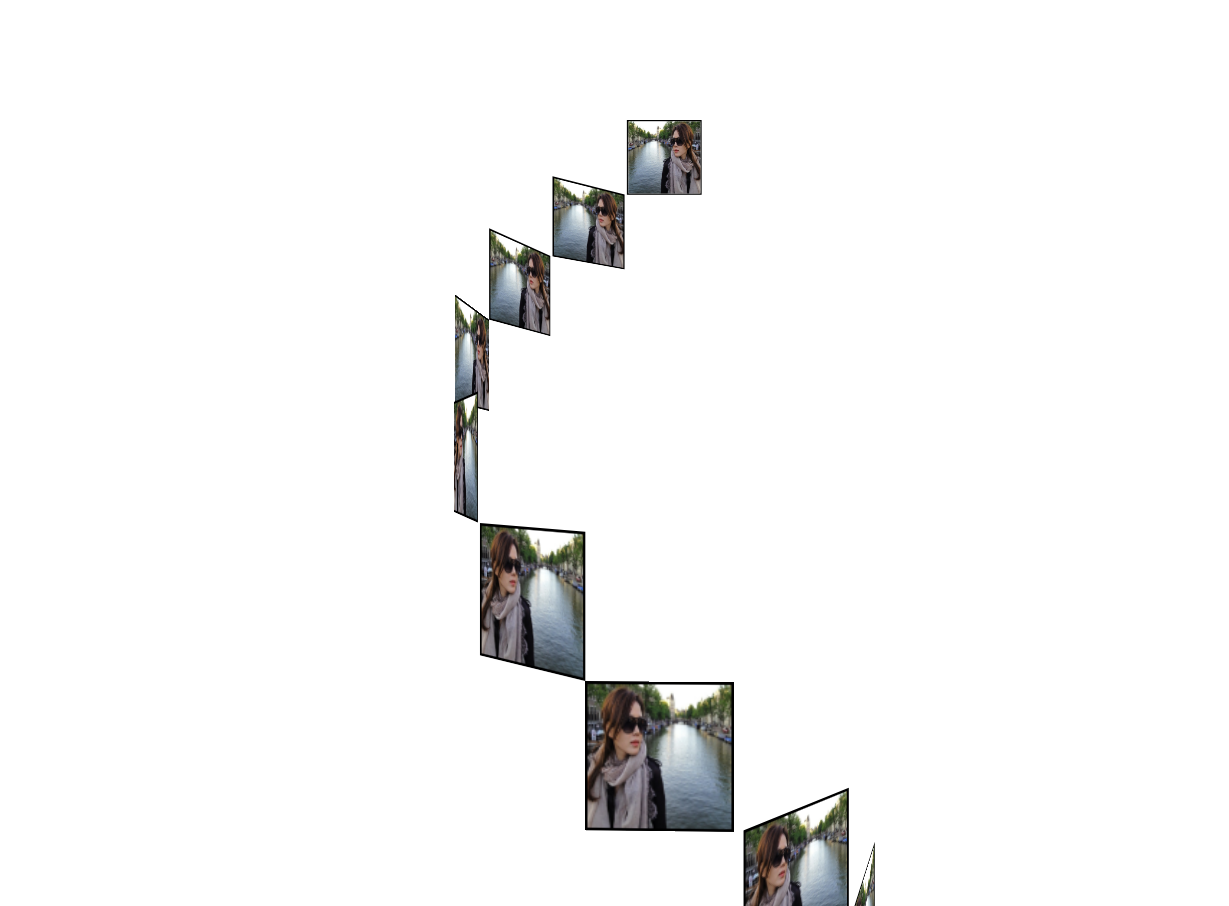
Repository: hojohe/bit-java
Page: 07_css/WebContent/14_transform/07_z.html
These files come from the project's save history. The page is drawn as it stood at one moment and after the next save; the edit follows.
The browser window is 1280 px wide. The pictures show the whole page, at 96% of full size.

Above is the page before, as saved 2017-01-25 02:34:24.

### 07_css/WebContent/14_transform/07_z.html
<!DOCTYPE html>
<html>
<head>
    <title>Untitled Page</title>
    <style>
    	html, body {
    		height:100%;
    	}

		img {
			width: 100px; height: 100px;
		}

		#wheel {
			position: absolute;
			left: 50%;
			perspective: 600px;
			transform-style: preserve-3d;
		}

		.item {
			width: 100px; height: 100px;
			border: 2px solid black;
			background: green;
		}

		.item:nth-child(1) { transform: rotateY( 0deg) translateZ(-200px); }
		.item:nth-child(2) { transform: rotateY( 30deg) translateZ(-200px); }
		.item:nth-child(3) { transform: rotateY( 60deg) translateZ(-200px); }
		.item:nth-child(4) { transform: rotateY( 89deg) translateZ(-200px); }
		.item:nth-child(5) { transform: rotateY( 120deg) translateZ(-200px); }
		.item:nth-child(6) { transform: rotateY( 150deg) translateZ(-200px); }
		.item:nth-child(7) { transform: rotateY( 179deg) translateZ(-200px); }
		.item:nth-child(8) { transform: rotateY( 210deg) translateZ(-200px); }
		.item:nth-child(9) { transform: rotateY( 240deg) translateZ(-200px); }

    </style>
</head>
<body>
        <div id="wheel">
            <div class="item"><img src="../images/pic1.jpg" /></div>
            <div class="item"><img src="../images/pic1.jpg" /></div>
            <div class="item"><img src="../images/pic1.jpg" /></div>
            <div class="item"><img src="../images/pic1.jpg" /></div>
            <div class="item"><img src="../images/pic1.jpg" /></div>
            <div class="item"><img src="../images/pic1.jpg" /></div>
            <div class="item"><img src="../images/pic1.jpg" /></div>
            <div class="item"><img src="../images/pic1.jpg" /></div>
            <div class="item"><img src="../images/pic1.jpg" /></div>
        </div>
</body>
</html>

After the next save:
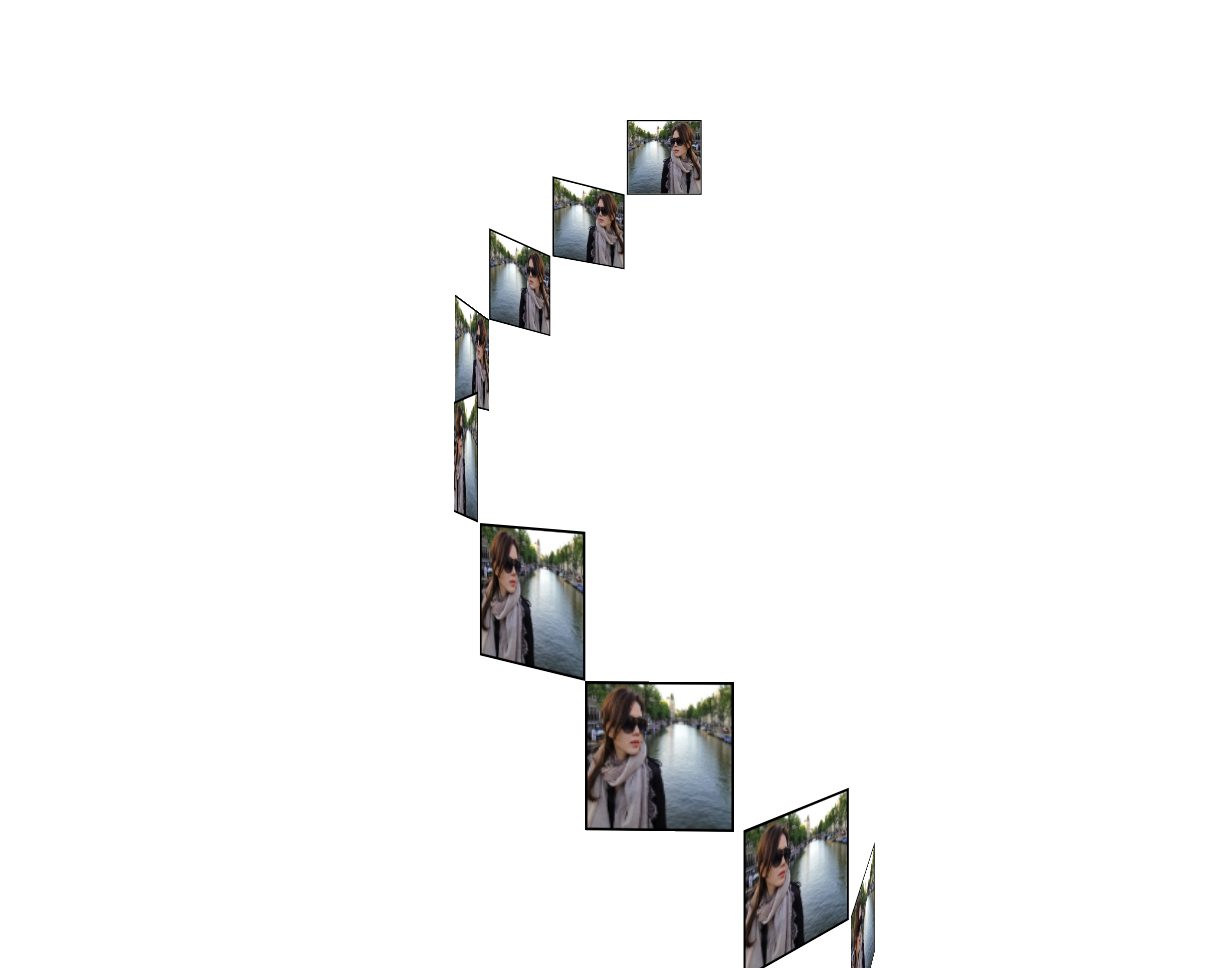
Saved 22 s later.
--- a/07_css/WebContent/14_transform/07_z.html
+++ b/07_css/WebContent/14_transform/07_z.html
@@ -4,7 +4,7 @@
     <title>Untitled Page</title>
     <style>
     	html, body {
-    		height:100%;
+    		height:1000px;
     	}
 
 		img {
